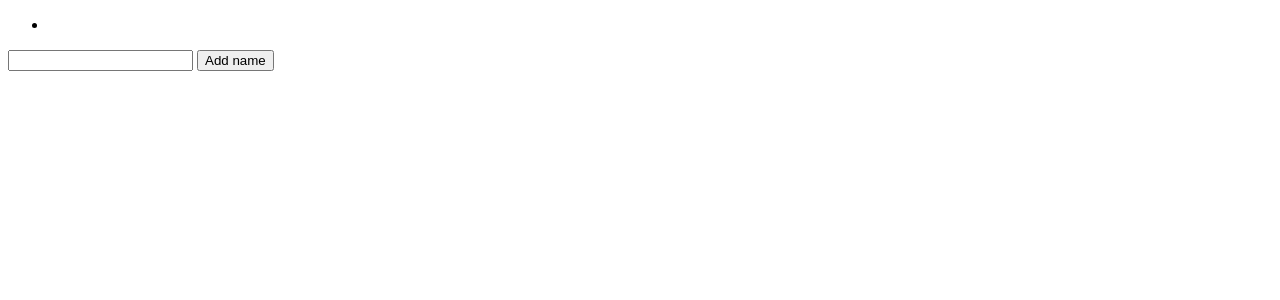
Repository: shvansheikha/Vue-Test
Page: index.html
The author's editor kept a copy of each file at every save. The page is drawn from the files as they stood at one save, then again after the next save.
The browser window is 1280 px wide. The pictures show the whole page.

Above is the page before, as saved 2020-04-02 18:08:40.
Console error: SyntaxError: Invalid shorthand property initializer

### index.html
<!DOCTYPE html>
<html lang="en">
<head>
    <meta charset="UTF-8">
    <meta name="viewport" content="width=device-width, initial-scale=1.0">
    <title>Document</title>

</head>
<body>
    <div id="root">
        <ul>
            <li v-for="name in names" v-text="name"></li>
        </ul>

        <input v-model="newName">
        <button v-on:click="">Add name</button>
    </div>


    <script src="https://cdn.jsdelivr.net/npm/vue/dist/vue.js"></script>
    <script>

        new Vue({
                el:'#root',
                data:{
                    newName='',
                    names:['shvana','mehran','komar','azhvan'],
                },
                methods:{
                    addName(){
                        this.names.push(this.newName);
                    }
                }

        })
    </script>
</body>
</html>

After the next save:
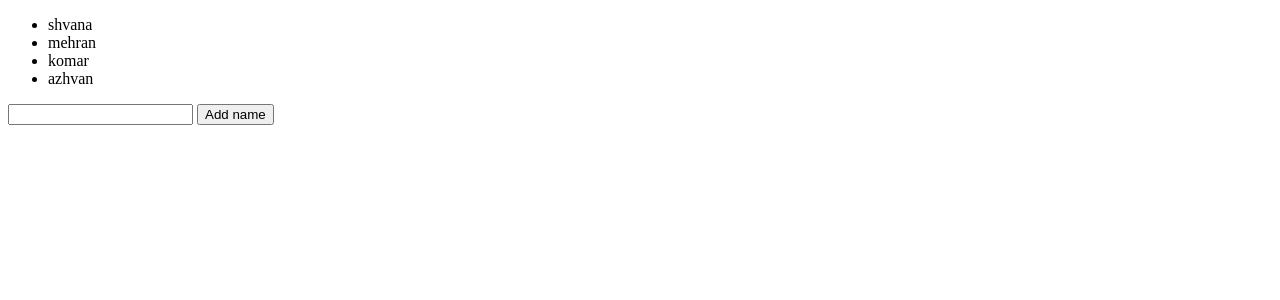
The error is gone.
Saved 11 s later.
--- a/index.html
+++ b/index.html
@@ -23,7 +23,7 @@
         new Vue({
                 el:'#root',
                 data:{
-                    newName='',
+                    newName:'',
                     names:['shvana','mehran','komar','azhvan'],
                 },
                 methods:{
